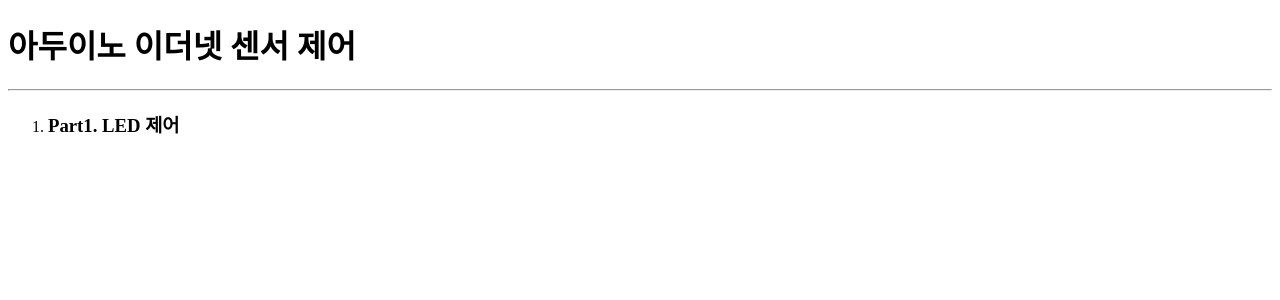
Repository: lafayetteey/WorkSpace
Page: http://localhost/testAduino/
These files come from the project's save history. The page is drawn as it stood at one moment and after the next save; the edit follows.
The browser window is 1280 px wide. The pictures show the whole page.
The page is served by Tomcat 9.

Above is the page before, as saved 2020-08-04 01:48:18.

### workspace_Aduino/testAduino/WebContent/index.jsp
<%@ page language="java" contentType="text/html; charset=UTF-8"
    pageEncoding="UTF-8"%>
<!DOCTYPE html>
<html>
<head>
<meta charset="UTF-8">
<title>Insert title here</title>
</head>
<body>
	<h1>아두이노 이더넷 센서 제어</h1>
	<hr>
	<ol>
		<li><h3><a>Part1. LED 제어</a></h3></li>

	</ol>
</body>
</html>

After the next save:
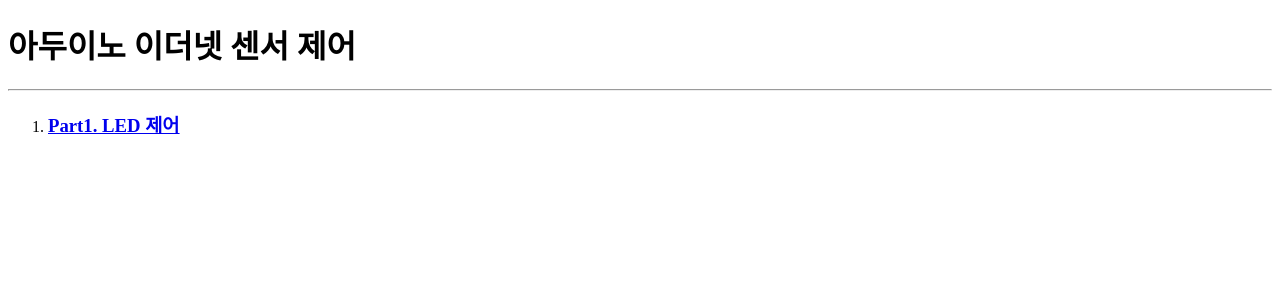
Saved 25 s later.
--- a/workspace_Aduino/testAduino/WebContent/index.jsp
+++ b/workspace_Aduino/testAduino/WebContent/index.jsp
@@ -10,7 +10,7 @@
 	<h1>아두이노 이더넷 센서 제어</h1>
 	<hr>
 	<ol>
-		<li><h3><a>Part1. LED 제어</a></h3></li>
+		<li><h3><a href="views/part1_LED_Controller.jsp">Part1. LED 제어</a></h3></li>
 
 	</ol>
 </body>
